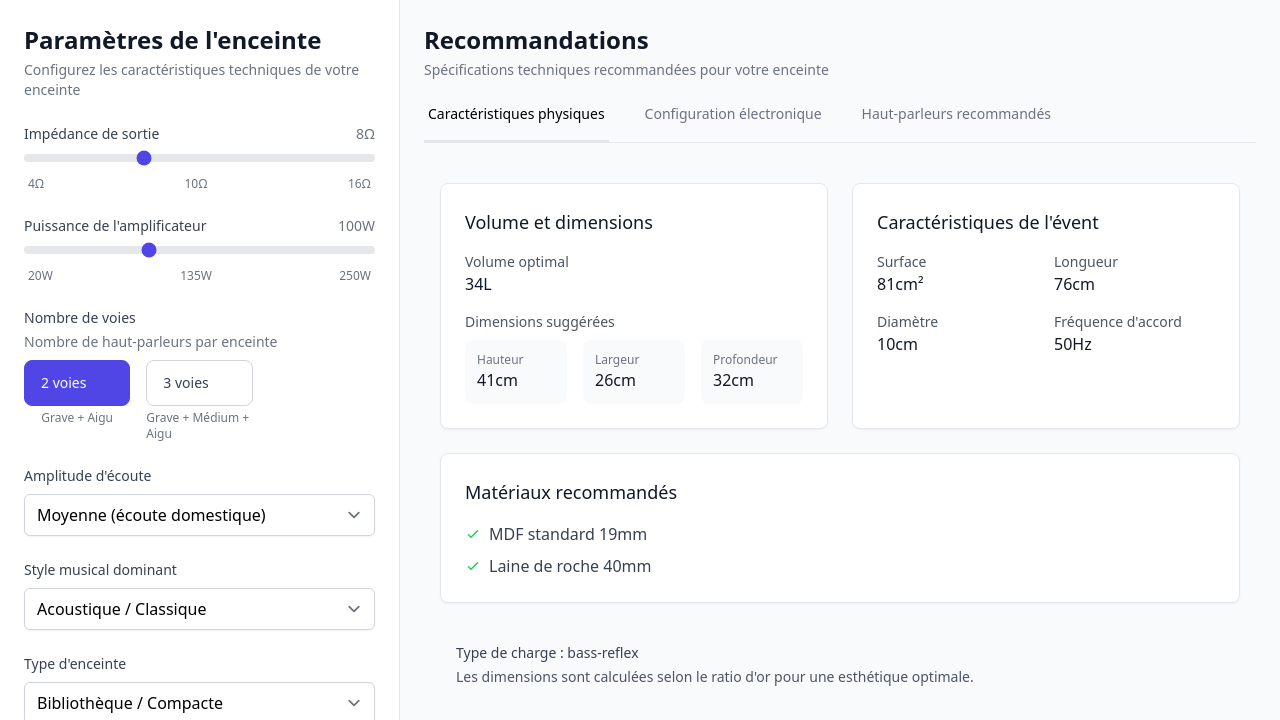
Repository: flobutbut/AcuoTune
Page: /#/
These files come from the project's save history. The page is drawn as it stood at one moment and after the next save; the edit follows.
The browser window is 1280 px wide. The pictures show the whole page.
The project was rebuilt for these pictures with package versions that can differ from the ones it lists, and the page was loaded fresh each time. Also part of the build but not shown: vite.config.ts, src/utils/calculations/electronic.ts, src/utils/calculations/frequency-response.ts, src/components/configurateur/FrequencyResponseChart.vue, src/components/configurateur/recommendations/ElectronicTab.vue, src/components/configurateur/recommendations/SpeakersTab.vue.

Above is the page before, as saved 2025-02-28 16:46:35.

After the next save:
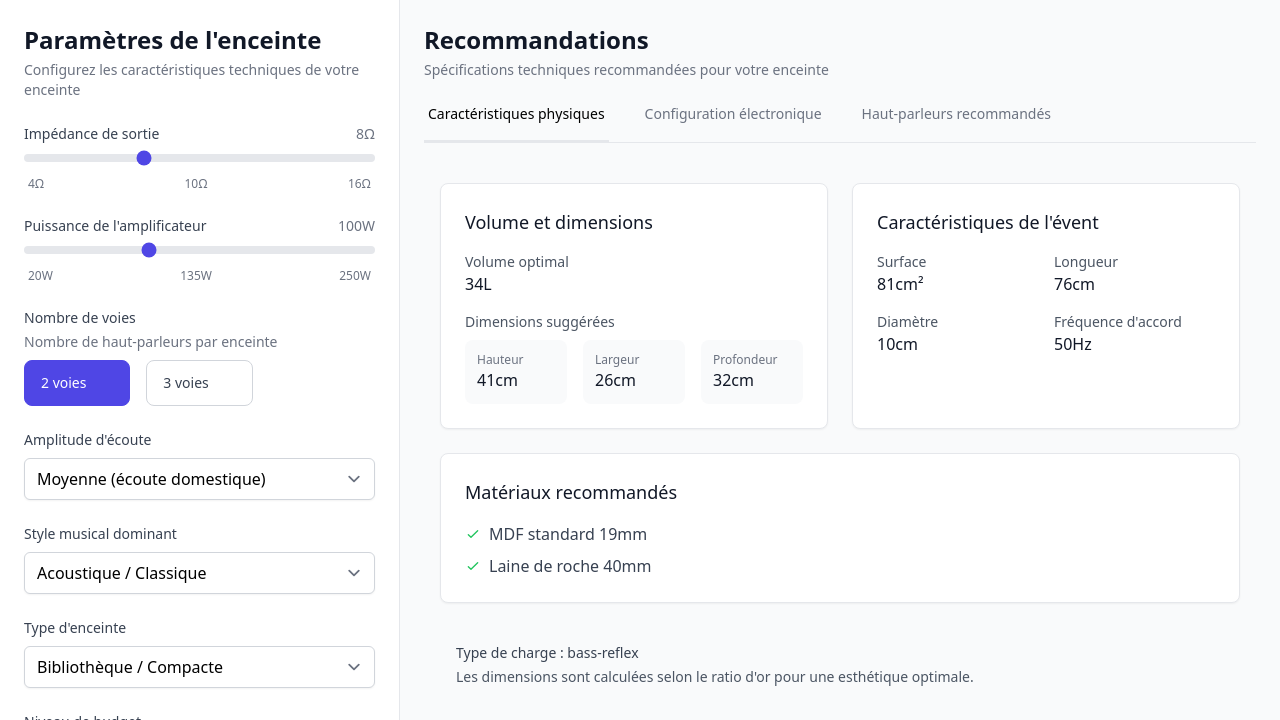
Saved 115 s later.
--- a/src/components/configurateur/ConfigurationPanel.vue
+++ b/src/components/configurateur/ConfigurationPanel.vue
@@ -136,8 +136,8 @@ const defaultAccordEvent = computed(() => {
         label="Nombre de voies"
         description="Nombre de haut-parleurs par enceinte"
         :options="[
-          { value: 2, label: '2 voies', description: 'Grave + Aigu' },
-          { value: 3, label: '3 voies', description: 'Grave + Médium + Aigu' }
+          { value: 2, label: '2 voies' },
+          { value: 3, label: '3 voies' }
         ]"
         class="mb-8"
       />
